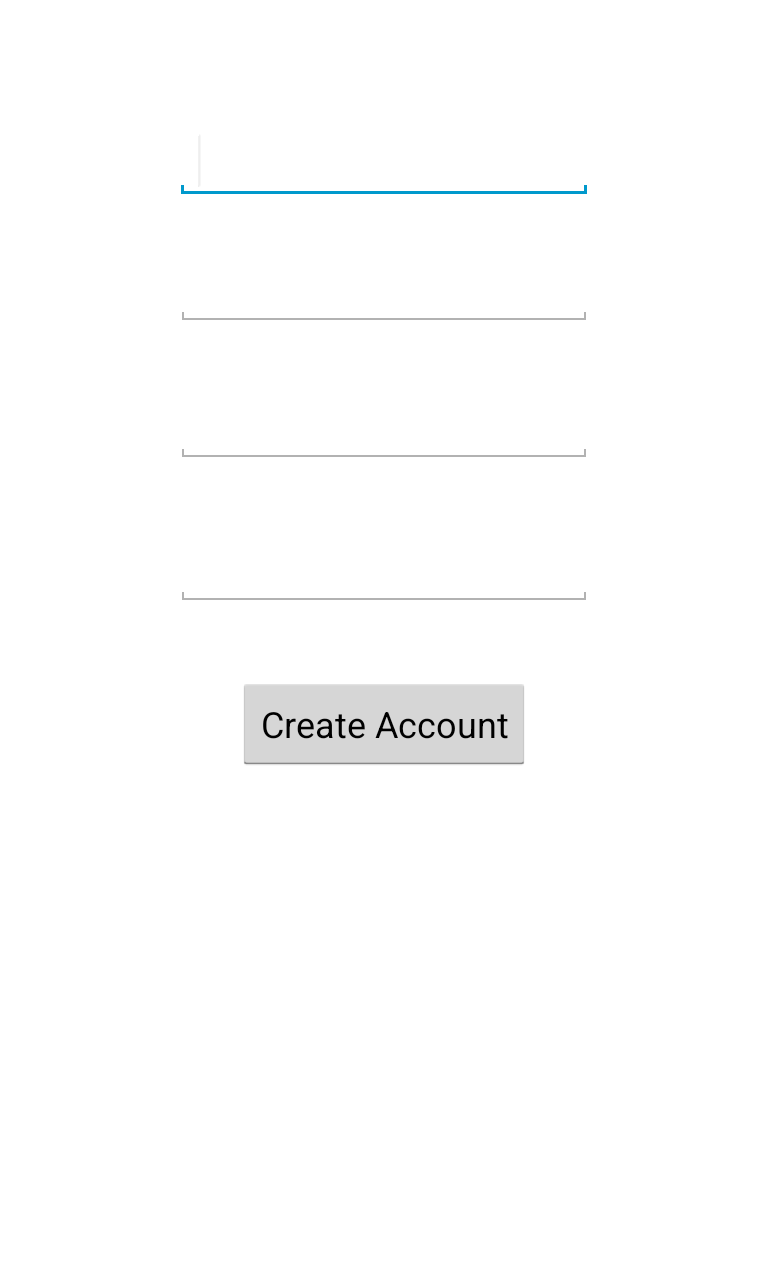
Repository: NarenPamza/Android_Template
Layout: LastNightParty/res/layout/activity_create_new_account.xml
These files come from the project's save history. The layout is drawn as it stood at one moment and after the next save; the edit follows.
It is drawn on a 768 x 1280 px phone screen (xhdpi) without system bars, with theme AppTheme; the app's code is not run.

Above is the layout before, as saved 2015-12-25 13:55:30.

### LastNightParty/res/layout/activity_create_new_account.xml
<RelativeLayout xmlns:android="http://schemas.android.com/apk/res/android"
    xmlns:tools="http://schemas.android.com/tools"
    android:layout_width="match_parent"
    android:layout_height="match_parent"
    android:paddingBottom="@dimen/activity_vertical_margin"
    android:paddingLeft="@dimen/activity_horizontal_margin"
    android:paddingRight="@dimen/activity_horizontal_margin"
    android:paddingTop="@dimen/activity_vertical_margin"
    tools:context="com.androidParty.lastnightparty.CreateNewAccountActivity" >

    <EditText
        android:id="@+id/editText1"
        android:layout_width="wrap_content"
        android:layout_height="wrap_content"
        android:layout_alignParentTop="true"
        android:layout_centerHorizontal="true"
        android:layout_marginTop="45dp"
        android:ems="10"
        android:inputType="textPersonName" >

        <requestFocus />
    </EditText>

    <EditText
        android:id="@+id/editText2"
        android:layout_width="wrap_content"
        android:layout_height="wrap_content"
        android:layout_alignLeft="@+id/editText1"
        android:layout_below="@+id/editText1"
        android:layout_marginTop="24dp"
        android:ems="10"
        android:inputType="textPersonName" />

    <EditText
        android:id="@+id/editText3"
        android:layout_width="wrap_content"
        android:layout_height="wrap_content"
        android:layout_alignLeft="@+id/editText2"
        android:layout_below="@+id/editText2"
        android:layout_marginTop="29dp"
        android:ems="10"
        android:inputType="textEmailAddress" />

    <EditText
        android:id="@+id/editText4"
        android:layout_width="wrap_content"
        android:layout_height="wrap_content"
        android:layout_alignLeft="@+id/editText3"
        android:layout_below="@+id/editText3"
        android:layout_marginTop="32dp"
        android:ems="10"
        android:inputType="textPassword" />

    <Button
        android:id="@+id/button1"
        android:layout_width="wrap_content"
        android:layout_height="wrap_content"
        android:layout_below="@+id/editText4"
        android:layout_centerHorizontal="true"
        android:layout_marginTop="34dp"
        android:text="Create Account" />

</RelativeLayout>

Loaded but not shown: LastNightParty/res/values/styles.xml (common file); LastNightParty/res/values-v11/styles.xml (common file); LastNightParty/res/values-v14/styles.xml (common file); LastNightParty/res/values/dimens.xml (common file); LastNightParty/res/values-w820dp/dimens.xml (common file)

After the next save:
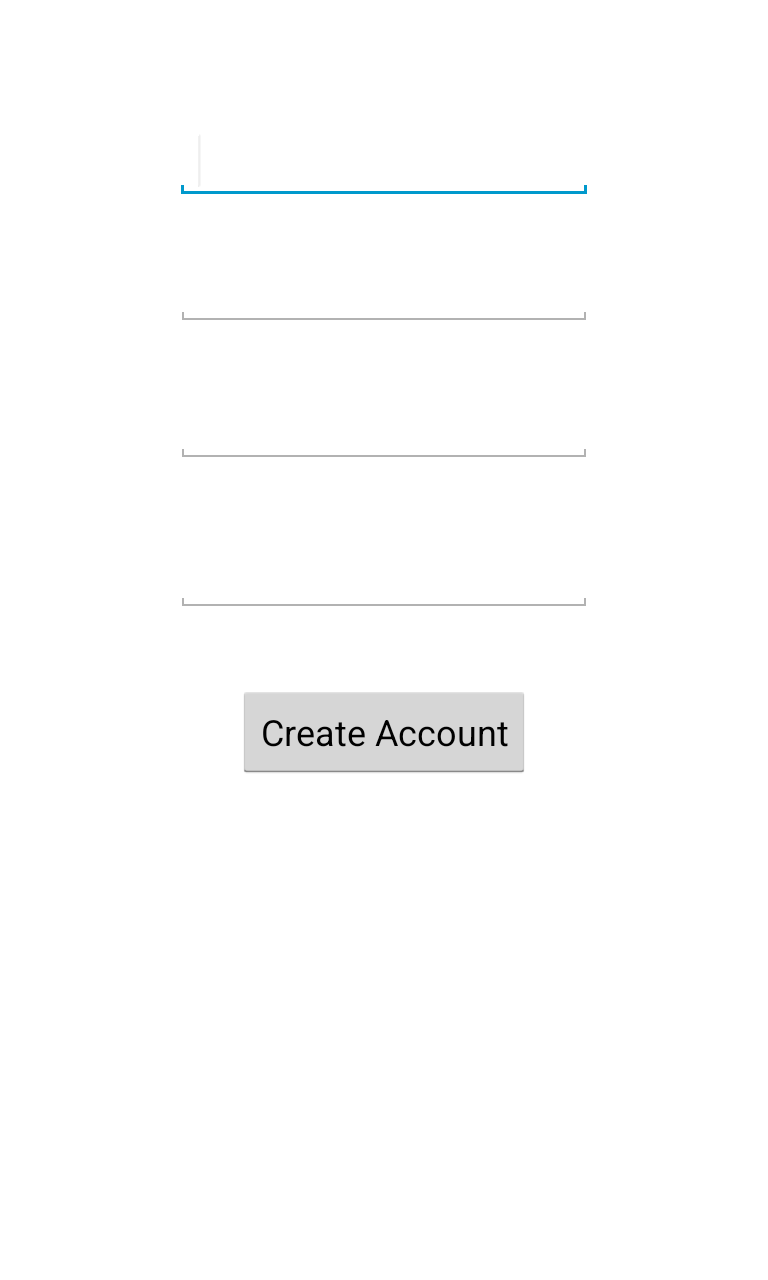
Saved 11 s later.
--- a/LastNightParty/res/layout/activity_create_new_account.xml
+++ b/LastNightParty/res/layout/activity_create_new_account.xml
@@ -47,7 +47,7 @@
         android:layout_height="wrap_content"
         android:layout_alignLeft="@+id/editText3"
         android:layout_below="@+id/editText3"
-        android:layout_marginTop="32dp"
+        android:layout_marginTop="35dp"
         android:ems="10"
         android:inputType="textPassword" />
 
@@ -57,7 +57,7 @@
         android:layout_height="wrap_content"
         android:layout_below="@+id/editText4"
         android:layout_centerHorizontal="true"
-        android:layout_marginTop="34dp"
+        android:layout_marginTop="35dp"
         android:text="Create Account" />
 
 </RelativeLayout>
